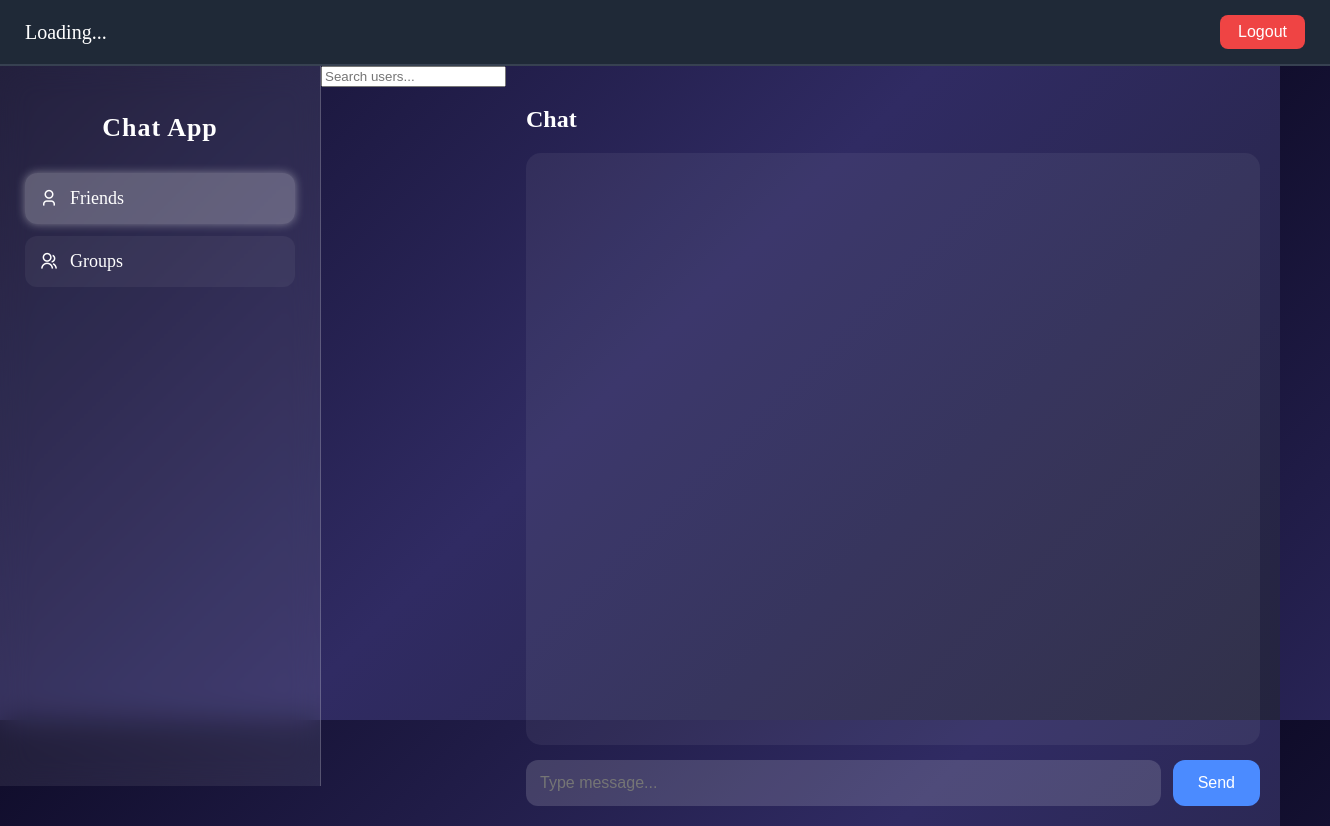
Repository: bharat132002/chat-app
Page: public/index.html
An editor plug-in stored every save of this project. The page is shown before and after the next save, followed by the edit.
The browser window is 1280 px wide. The page is 1330 px wide, so the pictures cover 1330 px, including what lies to the right of the window. The pictures show the whole page.

Above is the page before, as saved 2025-12-02 19:01:26.

After the next save:
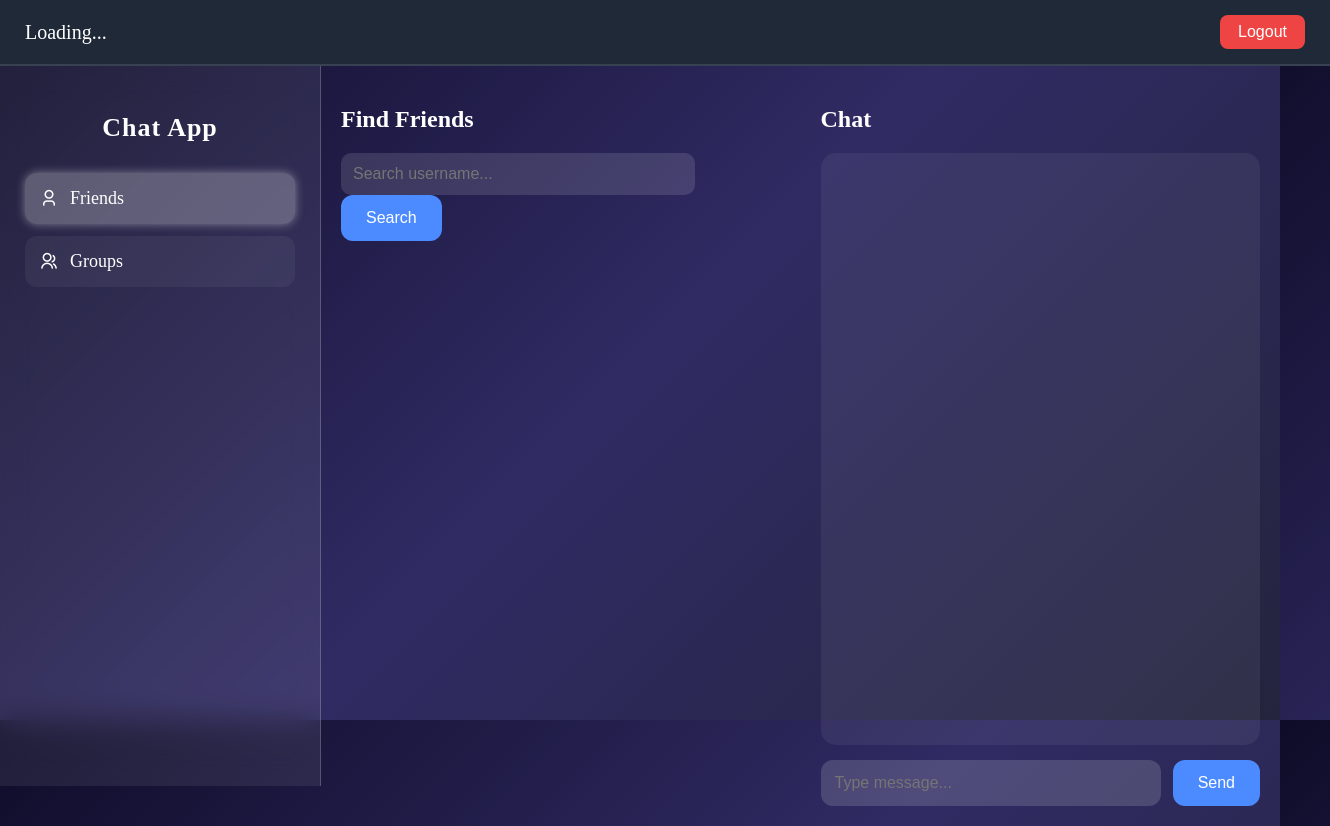
Saved 5 s later.
--- a/public/index.html
+++ b/public/index.html
@@ -233,9 +233,19 @@
     </div>
 
     <!-- SCREENS -->
-  <div class="search-box">
-  <input type="text" id="searchInput" placeholder="Search users...">
-  <div id="searchResults"></div>
+    <div class="screen" id="friends" style="display:block;">
+    <h2>Find Friends</h2>
+
+    <div style="margin-top:20px;">
+        <input type="text" id="searchFriendInput" placeholder="Search username..."
+               style="padding:12px; width:75%; border-radius:10px;
+               border:none; outline:none; font-size:16px;
+               background:rgba(255,255,255,0.12); color:white;">
+
+        <button class="send-btn" onclick="searchFriend()">Search</button>
+    </div>
+
+    <div id="searchResults" style="margin-top:25px;"></div>
 </div>
 
     <div class="screen" id="groups">
